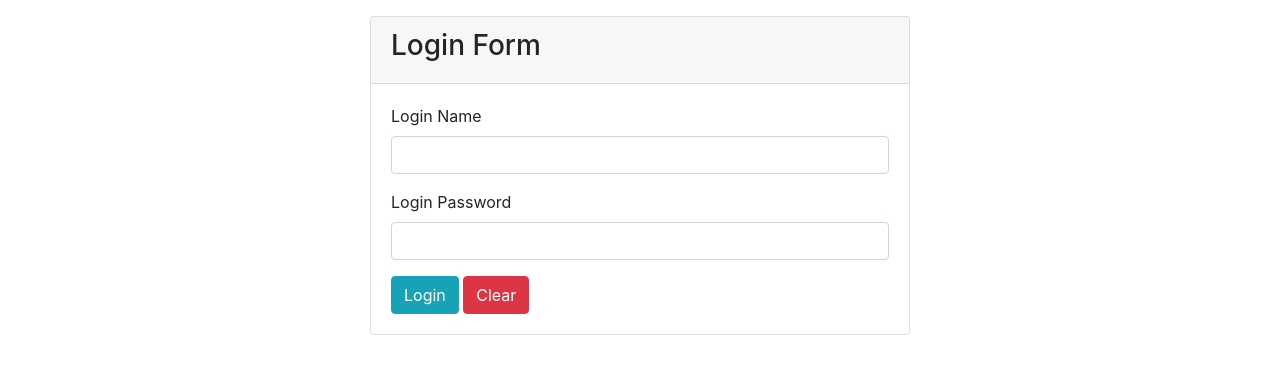
Repository: HsuMon123/Testing-Java-EE
Page: http://localhost/02-hello-servlet/
An editor plug-in stored every save of this project. The page is shown before and after the next save, followed by the edit.
The browser window is 1280 px wide. The pictures show the whole page.
The page is served by Tomcat 9. Other server files are loaded and not shown.

Above is the page before, as saved 2020-12-15 11:19:24.

### 02-hello-servlet/src/main/webapp/index.jsp
<%@ page language="java" contentType="text/html; charset=ISO-8859-1"
    pageEncoding="ISO-8859-1"%>
<!DOCTYPE html>
<html>
<head>
<meta charset="ISO-8859-1">
<title>Login Page</title>
<link href="./common/css/bootstrap.min.css" rel="stylesheet" type="text/css"/>
<script type="text/javascript" src="./common/js/jquery.min.js"></script>
<script type="text/javascript" src="./common/js/bootstrap.min.js"></script>
</head>
<body>

	<div class="container">
		<div class="row mt-3">
			<div class="col-6 offset-3">
				<div class="card">
				<div class="card-header">
					<h3>Login Form</h3>
				</div>
				<div class="card-body">
					<form action="login" class="form" method="post">
						<div class="form-group">
							<label for="">Login Name</label>
							<input type="text" name="uname" class="form-control" />
						</div>
						<div class="form-group">
							<label for="">Login Password</label>
							<input type="password" name="upass" class="form-control" />
						</div>
						<button type="submit" class="btn btn-info">Login</button>
						<button type="reset" class="btn btn-danger">Clear</button>
					</form>
				</div>
			</div>
			</div>
		</div>
	</div>


</body>
</html>

Loaded but not shown: 02-hello-servlet/src/main/webapp/common/css/bootstrap.min.css (library); 02-hello-servlet/src/main/webapp/common/js/jquery.min.js (library); 02-hello-servlet/src/main/webapp/common/js/bootstrap.min.js (library)

After the next save:
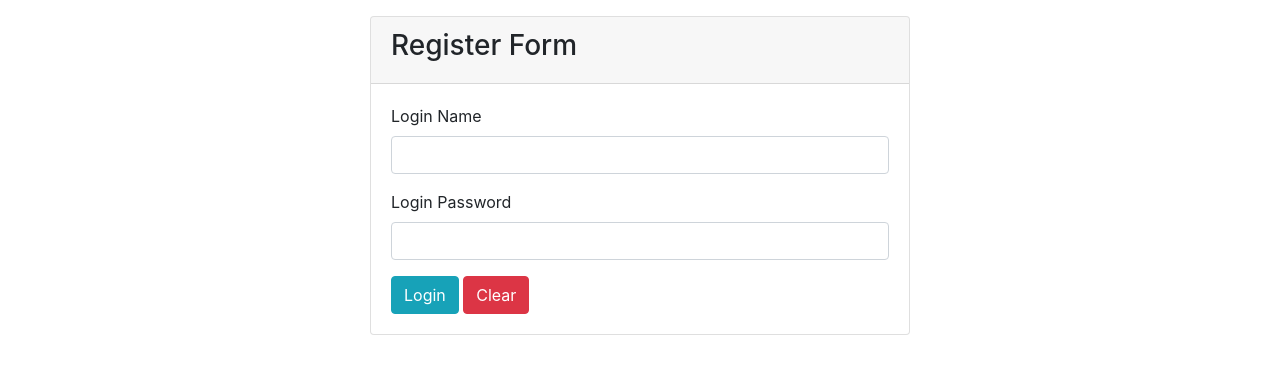
Saved 17 h 9 min later.
--- a/02-hello-servlet/src/main/webapp/index.jsp
+++ b/02-hello-servlet/src/main/webapp/index.jsp
@@ -16,10 +16,10 @@
 			<div class="col-6 offset-3">
 				<div class="card">
 				<div class="card-header">
-					<h3>Login Form</h3>
+					<h3>Register Form</h3>
 				</div>
 				<div class="card-body">
-					<form action="login" class="form" method="post">
+					<form action="register" class="form" method="post">
 						<div class="form-group">
 							<label for="">Login Name</label>
 							<input type="text" name="uname" class="form-control" />
